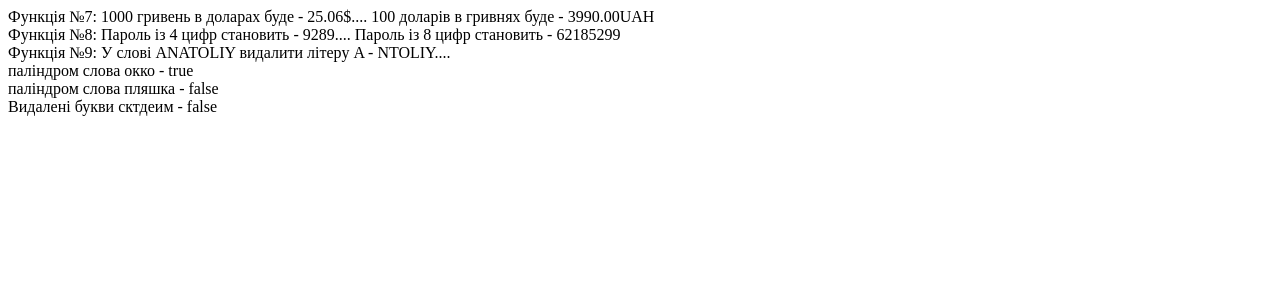
Repository: batonAnton/cursor_js_hw_3
Page: index.html
These files come from the project's save history. The page is drawn as it stood at one moment and after the next save; the edit follows.
The browser window is 1280 px wide. The pictures show the whole page.

Above is the page before, as saved 2022-08-31 15:20:21.

After the next save:
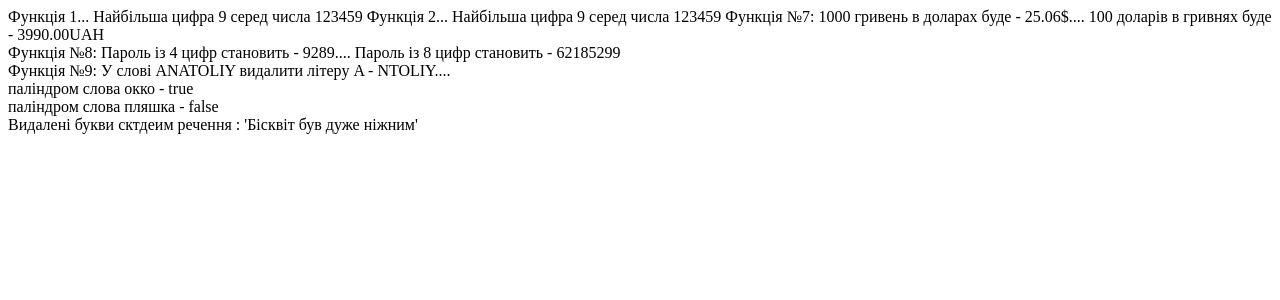
Saved 5 min 5 s later.
--- a/js/index.js
+++ b/js/index.js
@@ -1,5 +1,5 @@
 // first task
-function getMaxDigit(argNew = 123459 ){
+function getMaxDigit(argNew){
     let varNew  = argNew.toString().split('');
     let bigNum = varNew[0];
     for (let i = 0; i < varNew.length; i++) {
@@ -7,10 +7,12 @@ function getMaxDigit(argNew = 123459 ){
 
     } return bigNum;
 }
-console.log(getMaxDigit());
+let argNew = 123459;
+document.writeln(`Функція 1... Найбільша цифра ${getMaxDigit(argNew)} серед числа ${argNew}`);
 
 
-// second task
+
+// 2 task
 function exponentDigit(a,b){
     let first = a;
     let second = b;
@@ -21,6 +23,8 @@ function exponentDigit(a,b){
 }
 
 console.log(exponentDigit(2,2));
+document.writeln(`Функція 2... Найбільша цифра ${getMaxDigit(argNew)} серед числа ${argNew}`);
+
 
 // 3 task
 
@@ -182,7 +186,7 @@ let allLowerCase = previousString.toLowerCase();
     return newString;
 }
 
-let previousString = "Бісквіт був дуже ніжним";
+let previousString = "'Бісквіт був дуже ніжним'";
 console.log(deleteDuplicateLetter(previousString));
 
-document.writeln(`<br>  Видалені букви ${deleteDuplicateLetter(previousString)} - ${isPalindrom(checkWord2)}`);
+document.writeln(`<br>  Видалені букви ${deleteDuplicateLetter(previousString)} речення : ${previousString}`);
